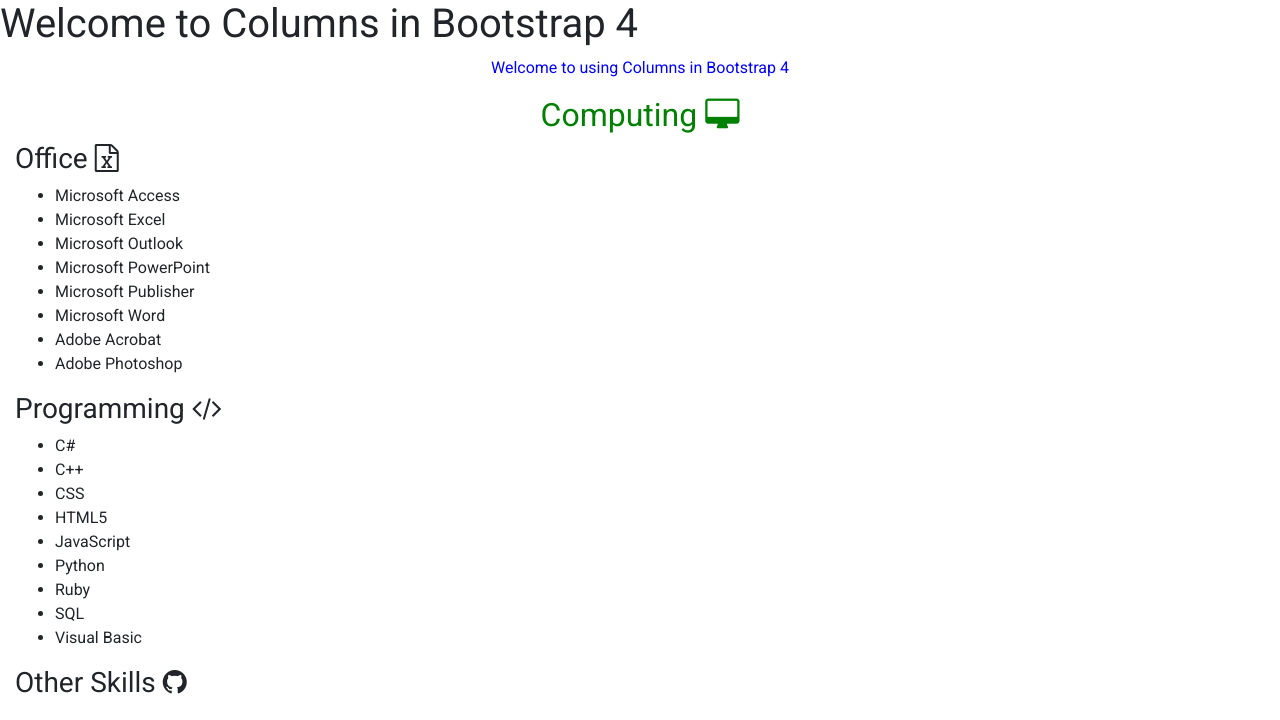
Repository: derektypist/columns-in-bootstrap-4
Page: index.html
The author's editor kept a record of every edit. The page is drawn from the files as they stood at one moment, then again after the next edit.
The browser window is 1280 px wide. The pictures show the whole page.

Above is the page before.

### index.html
<!DOCTYPE html>
<html lang="en">

<head>
    <meta charset="UTF-8">
    <meta name="viewport" content="width=device-width, initial-scale=1.0">
    <meta http-equiv="X-UA-Compatible" content="ie=edge">
    <title>Document</title>
    <!-- Load Style Sheets -->
    <link rel="stylesheet" href="https://maxcdn.bootstrapcdn.com/bootstrap/4.3.1/css/bootstrap.min.css" integrity="sha384-ggOyR0iXCbMQv3Xipma34MD+dH/1fQ784/j6cY/iJTQUOhcWr7x9JvoRxT2MZw1T" crossorigin="anonymous">
    <link rel="stylesheet" href="https://maxcdn.bootstrapcdn.com/font-awesome/4.7.0/css/font-awesome.min.css" type="text/css" />
    <link href="https://fonts.googleapis.com/css?family=Roboto&display=swap" rel="stylesheet">
    <link href="style.css" rel="stylesheet">
</head>

<body>
    <!-- Apply Header -->
    <header>
        <h1>Welcome to Columns in Bootstrap 4</h1>
        <p>Welcome to using Columns in Bootstrap 4</p>
    </header>

    <!-- Apply Sections -->
    <section>
        <h2>Computing <i class="fa fa-desktop" aria-hidden="true"></i></h2>

    <!-- Set Up Article for Office -->
    <article class="col-sm-4">
        <h3>Office <i class="fa fa-file-excel-o" aria-hidden="true"></i></h3>
        <ul>
            <li>Microsoft Access</li>
            <li>Microsoft Excel</li>
            <li>Microsoft Outlook</li>
            <li>Microsoft PowerPoint</li>
            <li>Microsoft Publisher</li>
            <li>Microsoft Word</li>
            <li>Adobe Acrobat</li>
            <li>Adobe Photoshop</li>
        </ul>
    </article>

    <!-- Set Up Article for Programming -->
    <article class="col-sm-4">
        <h3>Programming <i class="fa fa-code" aria-hidden="true"></i></h3>
        <ul>
            <li>C#</li>
            <li>C++</li>
            <li>CSS</li>
            <li>HTML5</li>
            <li>JavaScript</li>
            <li>Python</li>
            <li>Ruby</li>
            <li>SQL</li>
            <li>Visual Basic</li>
        </ul>
    </article>

    <!-- Set Up Article for Other Skills -->
    <article class="col-sm-4">
        <h3>Other Skills <i class="fa fa-github" aria-hidden="true"></i></h3>
    </article>
    </section>

</body>

</html>

### style.css
/* Body */

body {
    font-family: "Roboto", Arial, Verdana, sans-serif;
}

/* Header */

#myheader {
    color: purple;
    text-align: center;
}

header p {
    color: blue;
    text-align: center;
}

/* Section */

h2 {
    color: green;
    text-align: center;
}

/* Office */

.office {
    background-color: lightgreen;
}

/* Programming */

.programming {
    background-color: lightblue;
}

/* Other Skills */

.otherskills {
    background-color: pink;
}

After the next edit:
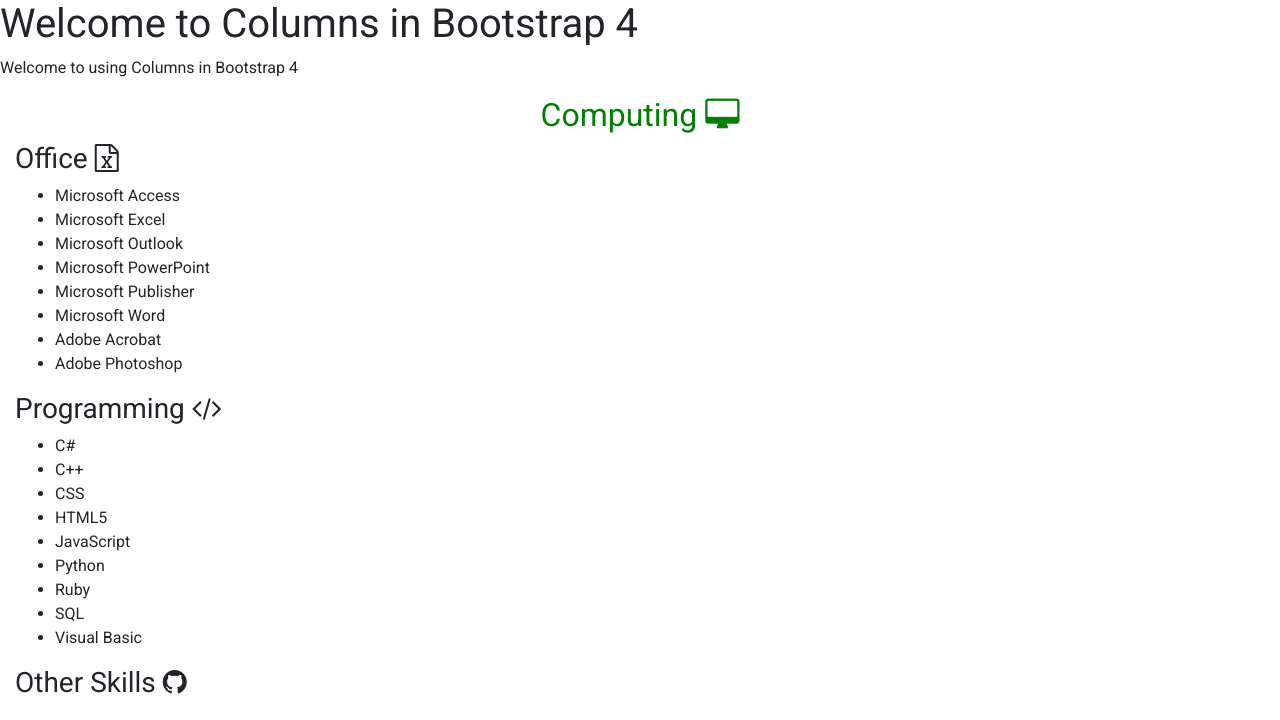
The edit:
--- a/style.css
+++ b/style.css
@@ -11,10 +11,6 @@
     text-align: center;
 }
 
-header p {
-    color: blue;
-    text-align: center;
-}
 
 /* Section */
 
